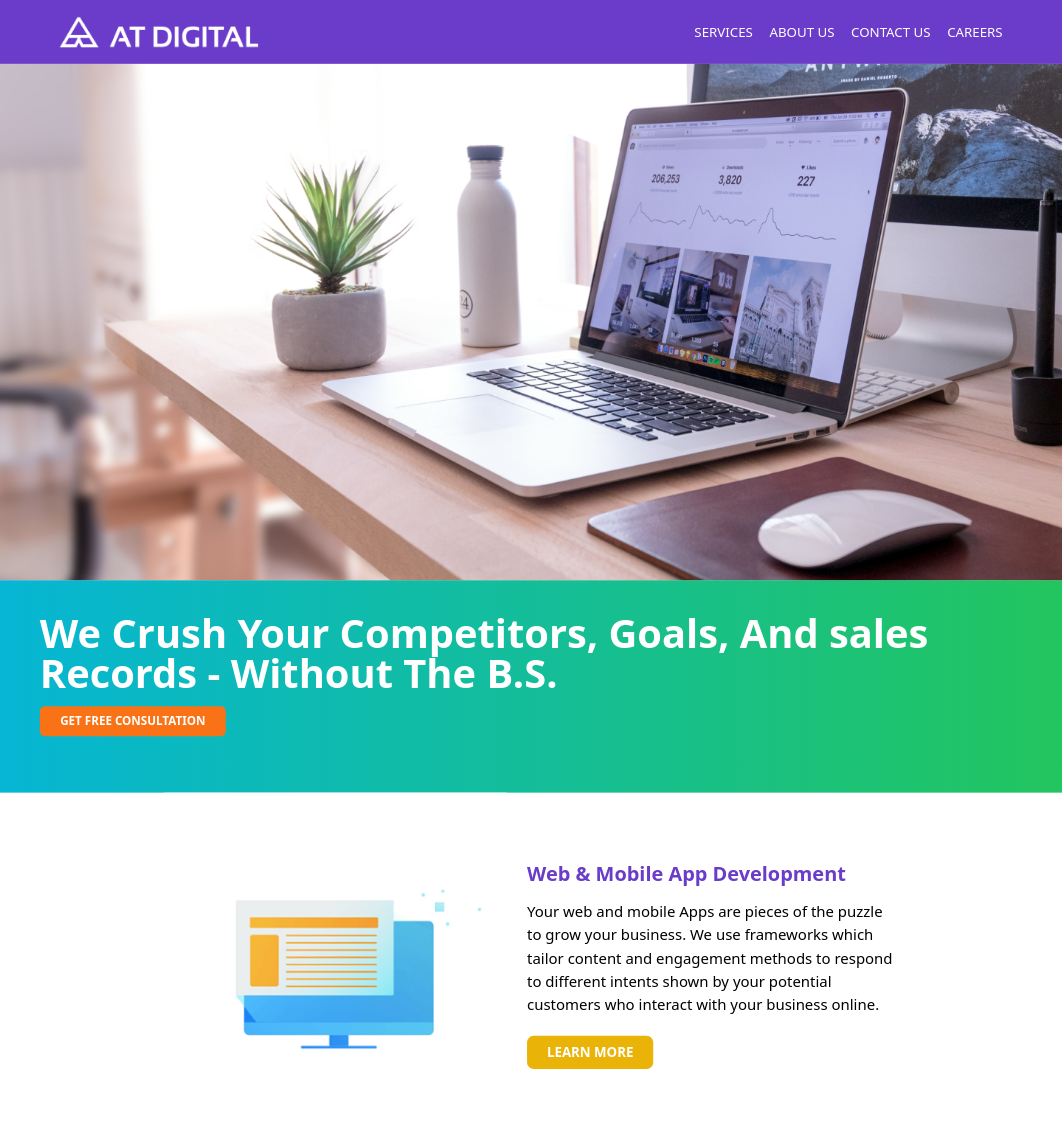
Repository: Milith97/AT-Digital-Website
Page: /
The author's editor kept a copy of each file at every save. The page is drawn from the files as they stood at one save, then again after the next save.
The browser window is 1280 px wide. The pictures show the whole page, at 83% of full size.
The project was rebuilt for these pictures with package versions that can differ from the ones it lists, and the page was loaded fresh each time. Also part of the build but not shown: vite.config.js.

Above is the page before, as saved 2024-04-06 21:23:49.

### src/App.jsx
// App.js or your main component file
import React from 'react';
import NavBar from './Components/NavBar';
import HomePage from './Components/HomePage';
import Servicers from './Components/Servicers'

function App() {
  return (
    <div className="App">
      <NavBar />
      <HomePage />
      <Servicers/>
    </div>
  );
}

export default App;

### src/Components/NavBar.jsx
import React, { useState } from 'react';
import Logo from '../assets/Img/Logo.png';

const NavBar = () => {
    const [isOpen, setIsOpen] = useState(false);

    return (
        <nav className="bg-[#6B3CC9]">
            <div className="max-w-1440px max-h-20 xl:px-16 md:px-7 sm:px-11 max-lg:mx-6">
                <div className="flex justify-between">
                    <div>
                        <a href="#" className={`flex items-center py-5 sm:px-2 ${isOpen ? 'hidden' : 'flex'}`}>
                            <img src={Logo} alt="Logo" />
                        </a>
                    </div>
                    <div className={`hidden md:flex font-medium text-white items-center space-x-1 ${isOpen ? 'flex' : 'hidden'}`}>
                        <a href="#" className="py-5 px-2 ">SERVICES</a>
                        <a href="#" className="py-5 px-2 ">ABOUT US</a>
                        <a href="#" className="py-5 px-2 ">CONTACT US</a>
                        <a href="#" className="py-5 px-2 ">CAREERS</a>
                    </div>
                    <div className="md:hidden flex items-center ">
                        <button onClick={() => setIsOpen(!isOpen)} className="text-white focus:outline-none">
                            {!isOpen ? (
                                <svg className="h-14 w-10" stroke="white" viewBox="0 0 24 24" >
                                    <path strokeLinecap="round" strokeLinejoin="round" strokeWidth="3" d="M4 6h16M4 12h16M4 18h16" />
                                </svg>
                            ) : (
                                <svg className="h-12 w-8" stroke="black" viewBox="0 0 24 24" >
                                    <path strokeLinecap="round" strokeLinejoin="round" strokeWidth="3" d="M6 18L18 6M6 6l12 12" />
                                </svg>
                            )}
                        </button>
                    </div>
                </div>
            </div>
            <div className={`${isOpen ? 'block' : 'hidden'} md:hidden`}>
                <div className="bg-white">
                    <a href="#" className="block py-2 px-4 text-sm text-black-500 ">HOME</a>
                    <a href="#" className="block py-2 px-4 text-sm text-black-500">SERVICES</a>
                    <a href="#" className="block py-2 px-4 text-sm text-black-500">ABOUT US</a>
                    <a href="#" className="block py-2 px-4 text-sm text-black-500">CONTACT US</a>
                    <a href="#" className="block py-2 px-4 text-sm text-black-500">CAREERS</a>
                </div>
            </div>
        </nav>
    );
};

export default NavBar;

### src/Components/HomePage.jsx
import React from 'react';
import backgroundImage from '../assets/Img/Home.png';

const HomePage = () => {
    return (
        <div className=''>
            <div>
                <img src={backgroundImage} alt="Home Image" />
            </div>
            <div className='h-64 max-w-full bg-gradient-to-r from-cyan-500 to-green-500 '>
                <div className='text-lg py-6 px-12 '>
                    <p className='font-bold text-5xl text-white py-4'>We Crush Your Competitors, Goals, And sales Records - Without The B.S.</p>
                    <div className=''>
                        <button className='bg-orange-500 text-white font-bold text-sm h-9 w-56 rounded-md'>GET FREE CONSULTATION</button>
                    </div>
                </div>
            </div>
        </div>
    );
};

export default HomePage;

### src/Components/Servicers.jsx
import React from 'react';
import Service1 from '../assets/Img/Service1.png';
const Servicers = () => {
    return (
        <div className="flex flex-col md:flex-row items-center justify-center">
            <div className="w-414 h-414 bg-gray-300 flex-shrink-0 mb-6 md:mb-0 mr-0 md:mr-6">
                <img src={Service1} alt="Service Image" className="w-full h-full object-cover" />
            </div>

            {/* Right Side (Content) */}
            <div className="max-w-md">
                <h2 className="text-2xl font-semibold mb-4 text-[#6B3CC9]">Web & Mobile App Development</h2>
                <p className="text-lg mb-6 ">Your web and mobile Apps are pieces of the puzzle to grow your business. We use frameworks which tailor content and engagement methods to respond to different intents shown by your potential customers who interact with your business online.</p>
                <button className="bg-yellow-500 text-white font-bold py-2 px-6 rounded-lg hover:bg-yellow-600 transition-colors">LEARN MORE</button>
            </div>
        </div>
    );
};

export default Servicers;

Loaded but not shown: index.html (common file); src/main.jsx (common file); src/index.css (common file); tailwind.config.js (common file)

After the next save:
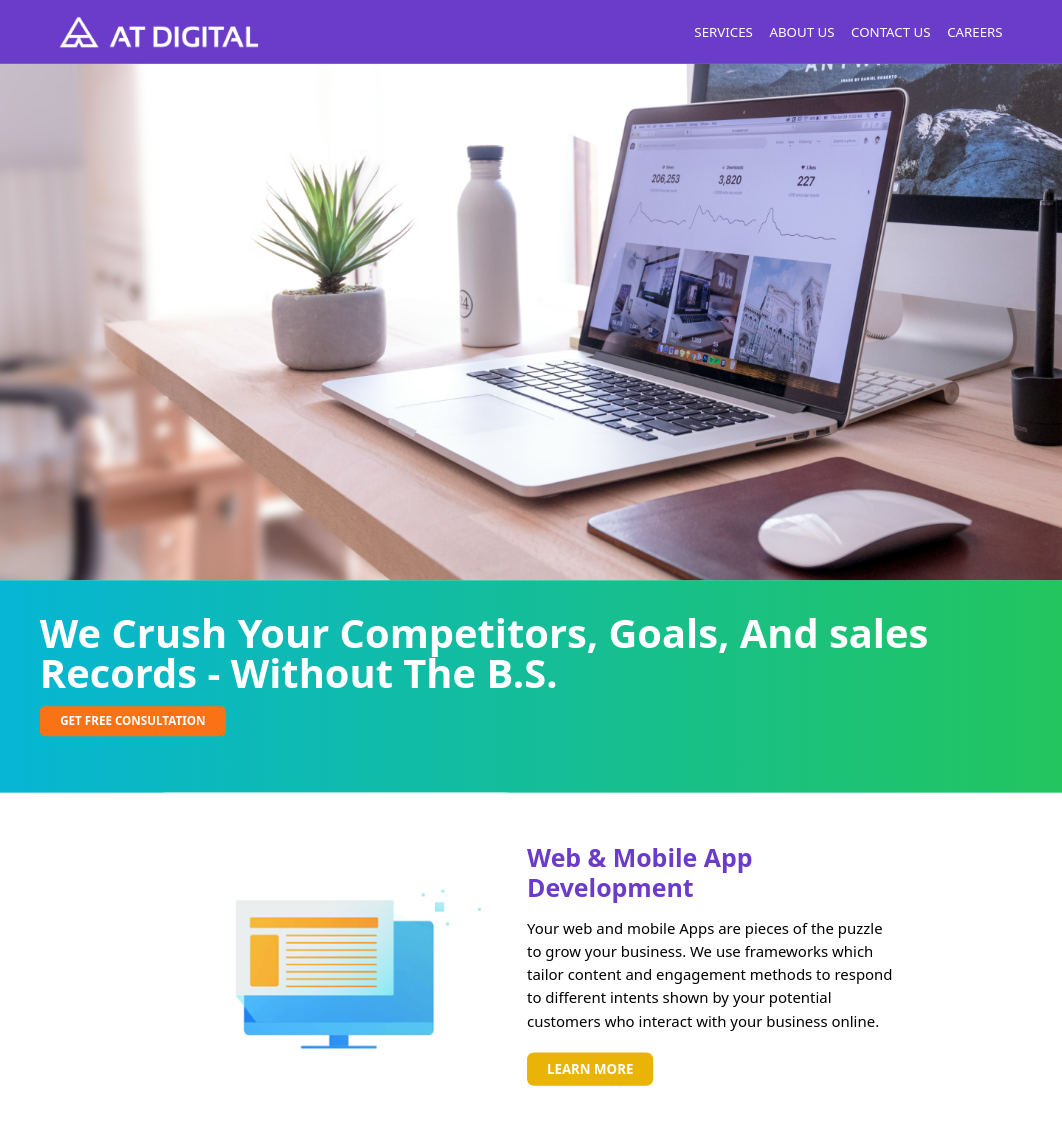
Saved 24 s later.
--- a/src/Components/Servicers.jsx
+++ b/src/Components/Servicers.jsx
@@ -9,7 +9,7 @@
 
             {/* Right Side (Content) */}
             <div className="max-w-md">
-                <h2 className="text-2xl font-semibold mb-4 text-[#6B3CC9]">Web & Mobile App Development</h2>
+                <h2 className="text-3xl font-semibold mb-4 text-[#6B3CC9]">Web & Mobile App Development</h2>
                 <p className="text-lg mb-6 ">Your web and mobile Apps are pieces of the puzzle to grow your business. We use frameworks which tailor content and engagement methods to respond to different intents shown by your potential customers who interact with your business online.</p>
                 <button className="bg-yellow-500 text-white font-bold py-2 px-6 rounded-lg hover:bg-yellow-600 transition-colors">LEARN MORE</button>
             </div>

After the save that followed:
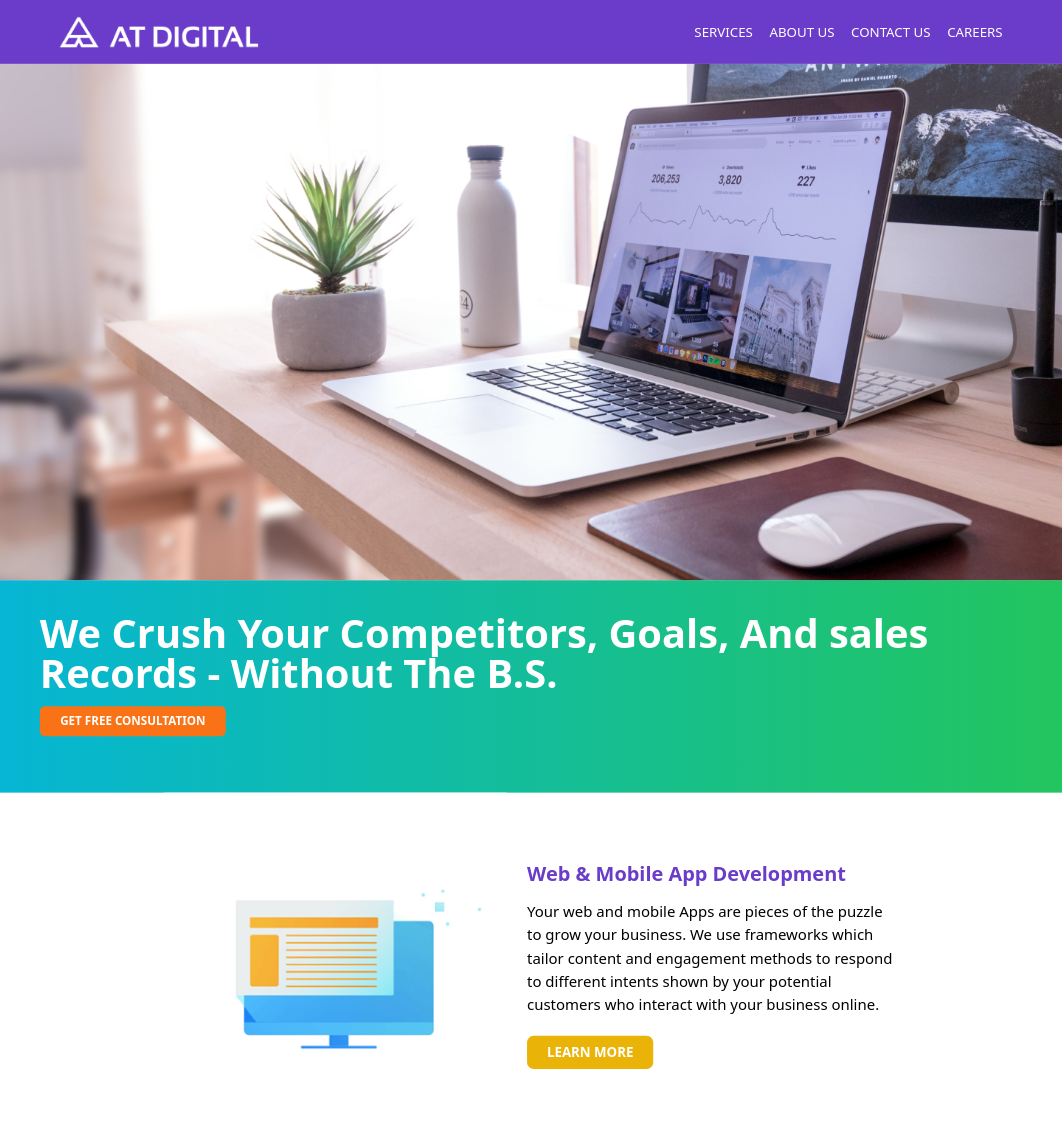
Saved 9 s later.
--- a/src/Components/Servicers.jsx
+++ b/src/Components/Servicers.jsx
@@ -9,7 +9,7 @@
 
             {/* Right Side (Content) */}
             <div className="max-w-md">
-                <h2 className="text-3xl font-semibold mb-4 text-[#6B3CC9]">Web & Mobile App Development</h2>
+                <h2 className="text-2xl font-semibold mb-4 text-[#6B3CC9]">Web & Mobile App Development</h2>
                 <p className="text-lg mb-6 ">Your web and mobile Apps are pieces of the puzzle to grow your business. We use frameworks which tailor content and engagement methods to respond to different intents shown by your potential customers who interact with your business online.</p>
                 <button className="bg-yellow-500 text-white font-bold py-2 px-6 rounded-lg hover:bg-yellow-600 transition-colors">LEARN MORE</button>
             </div>
